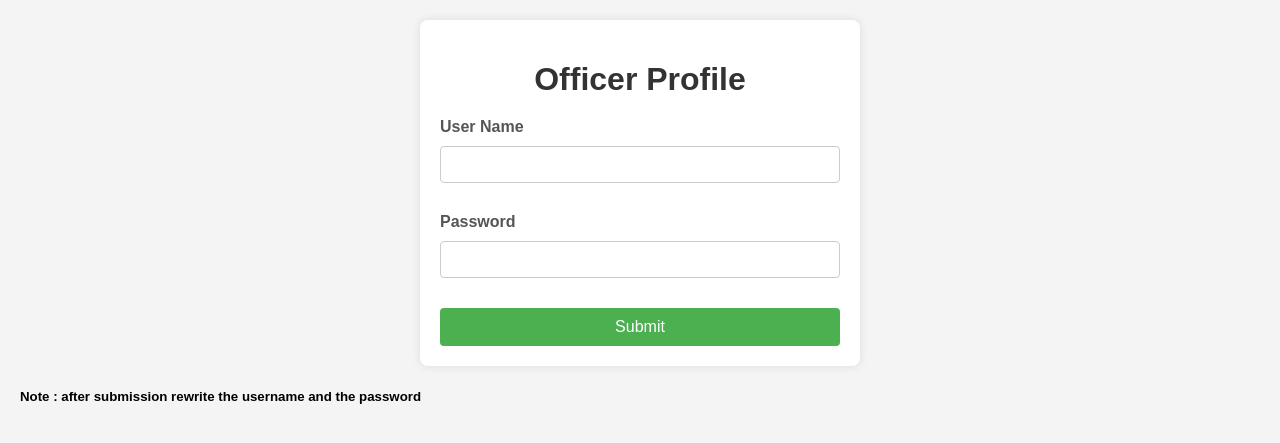
Repository: OmarAl-Saleh/Hospital-Emergency-System
Page: http://localhost/EmergencySystem/officer/sign-up.jsp
These files come from the project's save history. The page is drawn as it stood at one moment and after the next save; the edit follows.
The browser window is 1280 px wide. The pictures show the whole page.
The page is served by Tomcat 9.

Above is the page before, as saved 2024-05-25 03:58:06.

After the next save:
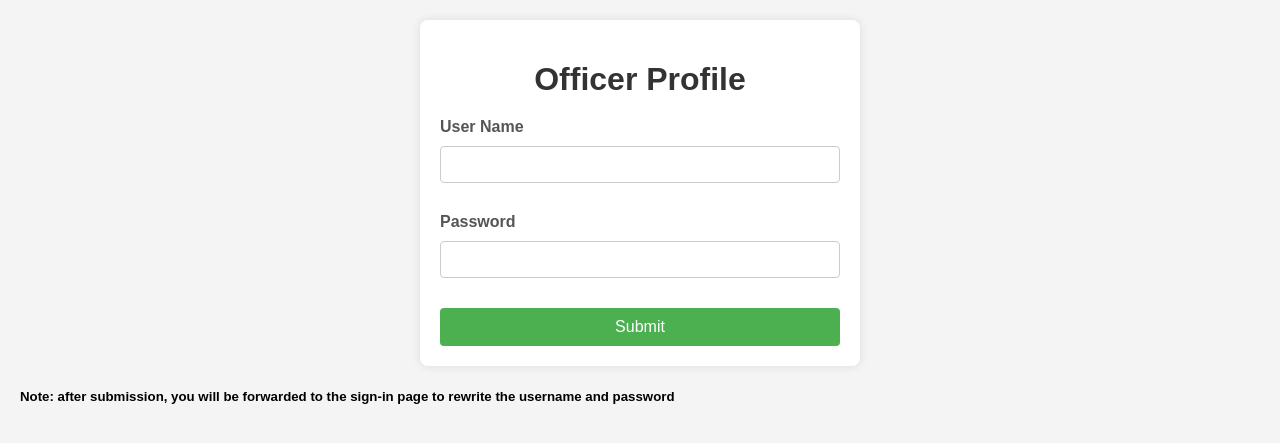
Saved 104 s later.
--- a/EmergencySystem/EmergencySystem/src/main/webapp/officer/sign-up.jsp
+++ b/EmergencySystem/EmergencySystem/src/main/webapp/officer/sign-up.jsp
@@ -77,6 +77,6 @@
         </div>
         <input type="submit" value="Submit"/>
     </form>
-    <h5>Note : after submission rewrite the username and the password</h5>
+    <h5>Note: after submission, you will be forwarded to the sign-in page to  rewrite the username and password</h5>
 </body>
 </html>
